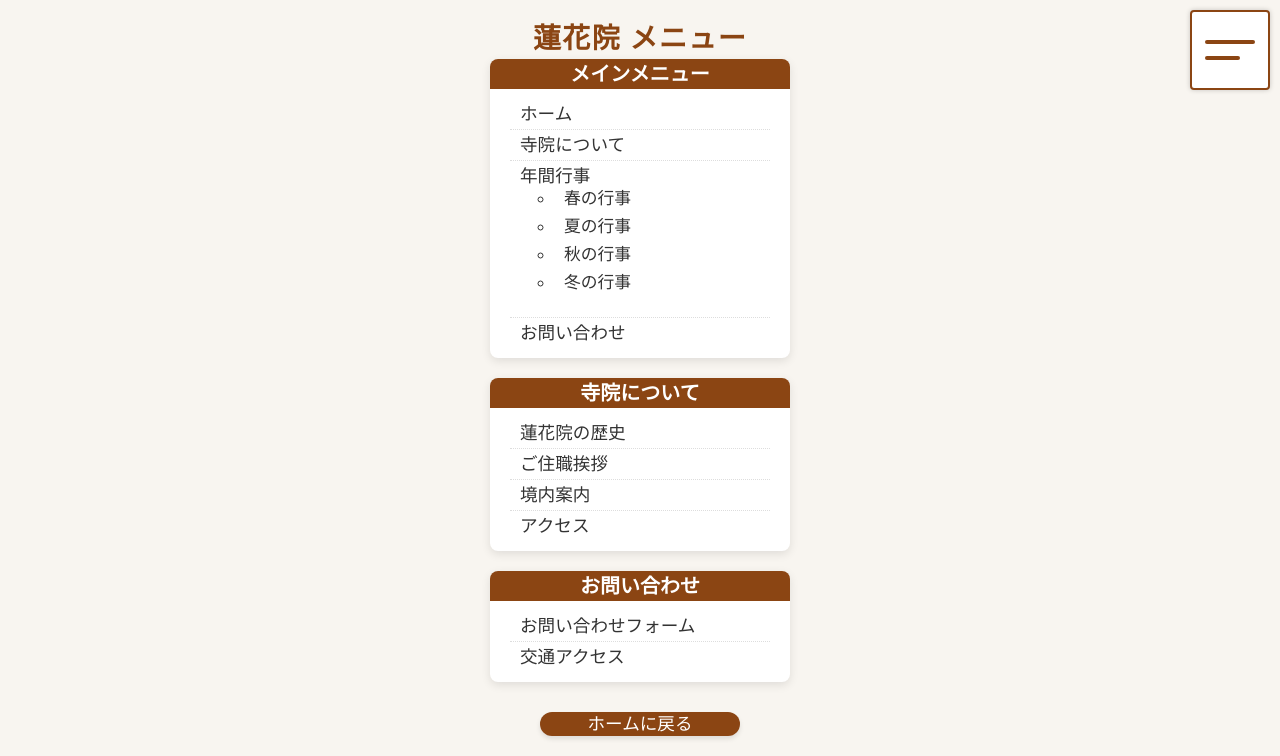
Repository: owl-onoueip/rengein-website
Page: menu.html
The author's editor kept a copy of each file at every save. The page is drawn from the files as they stood at one save, then again after the next save.
The browser window is 1280 px wide. The pictures show the whole page.
Some web fonts or font styles are not loaded; a fallback is used.

Above is the page before, as saved 2025-03-10 20:10:51.

### menu.html
<!DOCTYPE html>
<html lang="ja">

<head>
    <meta charset="UTF-8">
    <meta name="viewport" content="width=device-width, initial-scale=1.0">
    <title>メニュー - 蓮花院</title>
    <link rel="stylesheet" href="css/style.css">
    <style>
        body {
            font-family: "ヒラギノ明朝 Pro W3", "Hiragino Mincho Pro", "游明朝", YuMincho, "MS P明朝", "MS PMincho", serif;
            margin: 0;
            padding: 0;
            background-color: #f8f5f0;
            color: #333;
            min-height: 100vh;
            display: flex;
            flex-direction: column;
            justify-content: center;
            font-size: 16px;
            /* 基本フォントサイズを設定 */
        }

        .menu-container {
            max-width: 1200px;
            margin: 0 auto;
            padding: 20px;
        }

        h1 {
            text-align: center;
            color: #8b4513;
            margin-bottom: 20px;
            /* 35pxから20pxに減らす */
            font-size: 28px;
            position: relative;
            letter-spacing: 0.05em;
            /* 文字間隔を少し広げる */
        }

        .menu-grid {
            display: grid;
            grid-template-columns: repeat(auto-fit, minmax(300px, 1fr));
            gap: 20px;
            margin-bottom: 30px;
        }

        .menu-card {
            background: #fff;
            border-radius: 8px;
            box-shadow: 0 3px 10px rgba(0, 0, 0, 0.1);
            overflow: hidden;
            transition: transform 0.3s, box-shadow 0.3s;
        }

        .menu-card:hover {
            transform: translateY(-5px);
            box-shadow: 0 5px 15px rgba(0, 0, 0, 0.15);
        }

        .menu-header {
            background-color: #8b4513;
            color: #fff;
            padding: 15px;
            text-align: center;
        }

        .menu-header h2 {
            margin: 0;
            font-size: 20px;
        }

        .menu-content {
            padding: 20px;
        }

        .menu-list {
            list-style: none;
            padding: 0;
            margin: 0;
        }

        .menu-list li {
            margin-bottom: 10px;
            border-bottom: 1px dotted #ddd;
            padding-bottom: 10px;
        }

        .menu-list li:last-child {
            margin-bottom: 0;
            border-bottom: none;
            padding-bottom: 0;
        }

        .menu-list a {
            display: block;
            color: #333;
            text-decoration: none;
            padding: 5px 10px;
            border-radius: 3px;
            transition: all 0.3s;
            position: relative;
            font-size: 1.1em;
            /* メニューリンクのフォントサイズを大きく */
        }

        .menu-list a:after {
            content: "›";
            position: absolute;
            right: 10px;
            opacity: 0;
            transition: opacity 0.3s, transform 0.3s;
        }

        .menu-list a:hover {
            background-color: rgba(255, 223, 0, 0.2);
            padding-left: 15px;
        }

        .menu-list a:hover:after {
            opacity: 1;
            transform: translateX(5px);
        }

        .sub-menu {
            padding-left: 20px;
            margin-top: 10px;
        }

        .sub-menu li {
            margin-bottom: 12px;
            border-bottom: none;
            padding-bottom: 0;
        }

        .sub-menu a {
            font-size: 1.05em;
            /* サブメニューのフォントサイズも大きく */
            padding: 8px 10px;
            /* タップ領域を広げる */
        }

        .back-button {
            display: block;
            text-align: center;
            width: 200px;
            margin: 0 auto;
            background-color: #8b4513;
            color: #fff;
            padding: 12px 20px;
            border-radius: 30px;
            text-decoration: none;
            transition: all 0.3s;
            box-shadow: 0 3px 5px rgba(0, 0, 0, 0.1);
            font-size: 1.1em;
            /* 戻るボタンのフォントサイズも大きく */
        }

        .back-button:hover {
            background-color: #6d3611;
            transform: translateY(-2px);
            box-shadow: 0 5px 10px rgba(0, 0, 0, 0.15);
        }

        /* メニューボタンのスタイル */
        #menubar_hdr {
            display: block !important;
            position: fixed !important;
            z-index: 9999 !important;
            top: 10px !important;
            right: 10px !important;
            width: 80px !important;
            height: 80px !important;
            background: #fff !important;
            border: 2px solid #8b4513 !important;
            border-radius: 4px !important;
            box-shadow: 0 0 5px rgba(0, 0, 0, 0.2) !important;
            cursor: pointer !important;
            transition: all 0.3s ease !important;
        }

        #menubar_hdr:hover {
            background-color: rgba(139, 69, 19, 0.1) !important;
            transform: translateY(-3px) !important;
            box-shadow: 0 5px 10px rgba(0, 0, 0, 0.2) !important;
        }

        .menu-icon {
            width: 50px !important;
            height: 50px !important;
            position: absolute !important;
            top: 50% !important;
            left: 50% !important;
            transform: translate(-50%, -50%) !important;
        }

        .menu-icon span {
            display: block !important;
            position: absolute !important;
            width: 100% !important;
            height: 4px !important;
            background-color: #8b4513 !important;
            border-radius: 4px !important;
            transition: all 0.3s ease !important;
        }

        .menu-icon span:nth-child(1) {
            top: 15px !important;
        }

        .menu-icon span:nth-child(2) {
            width: 70% !important;
            bottom: 15px !important;
        }

        #menubar_hdr:hover .menu-icon span:nth-child(2) {
            width: 100% !important;
        }

        /* レスポンシブ対応 */
        @media (max-width: 768px) {
            body {
                font-size: 18px;
                /* スマホ表示時はさらに大きく */
            }

            h1 {
                font-size: 32px;
                /* タイトルも大きく */
                margin-bottom: 25px;
                /* スマホ表示時も空白を減らす */
            }

            .menu-header h2 {
                font-size: 22px;
                /* カードヘッダーも大きく */
            }

            .menu-grid {
                grid-template-columns: 1fr;
            }

            .menu-card {
                margin-bottom: 15px;
            }

            .menu-list a {
                padding: 10px 15px;
                /* タップ領域をさらに広げる */
                font-size: 1.2em;
            }

            .sub-menu a {
                padding: 10px 15px;
                font-size: 1.15em;
            }

            .menu-content {
                padding: 25px;
                /* コンテンツ全体のパディングも増やす */
            }

            .back-button {
                width: 250px;
                /* ボタンを大きく */
                padding: 15px 20px;
                font-size: 1.2em;
                margin-top: 20px;
            }
        }
    </style>
</head>

<body>
    <div class="menu-container">
        <h1>蓮花院 メニュー</h1>
        <div class="menu-grid">
            <div class="menu-card">
                <div class="menu-header">
                    <h2>メインメニュー</h2>
                </div>
                <div class="menu-content">
                    <ul class="menu-list">
                        <li><a href="index.html">ホーム</a></li>
                        <li><a href="about.html">寺院について</a></li>
                        <li>
                            <a href="events.html">年間行事</a>
                            <ul class="sub-menu">
                                <li><a href="events.html#spring">春の行事</a></li>
                                <li><a href="events.html#summer">夏の行事</a></li>
                                <li><a href="events.html#autumn">秋の行事</a></li>
                                <li><a href="events.html#winter">冬の行事</a></li>
                            </ul>
                        </li>
                        <li><a href="contact.html">お問い合わせ</a></li>
                    </ul>
                </div>
            </div>

            <div class="menu-card">
                <div class="menu-header">
                    <h2>寺院について</h2>
                </div>
                <div class="menu-content">
                    <ul class="menu-list">
                        <li><a href="about.html#history">蓮花院の歴史</a></li>
                        <li><a href="about.html#message">ご住職挨拶</a></li>
                        <li><a href="about.html#temple-grounds">境内案内</a></li>
                        <li><a href="about.html#access">アクセス</a></li>
                    </ul>
                </div>
            </div>

            <div class="menu-card">
                <div class="menu-header">
                    <h2>お問い合わせ</h2>
                </div>
                <div class="menu-content">
                    <ul class="menu-list">
                        <li><a href="contact.html#form">お問い合わせフォーム</a></li>
                        <li><a href="contact.html#access">交通アクセス</a></li>
                    </ul>
                </div>
            </div>
        </div>

        <a href="index.html" class="back-button">ホームに戻る</a>
    </div>

    <!--ハンバーガーメニュー-->
    <a href="index.html">
        <div id="menubar_hdr">
            <div class="menu-icon">
                <span></span>
                <span></span>
            </div>
        </div>
    </a>

    <script src="https://ajax.googleapis.com/ajax/libs/jquery/3.6.0/jquery.min.js"></script>
    <script src="js/main.js"></script>
</body>

</html>

### css/inview.css
@charset "utf-8";



/*up,down,transform1,transform2の共通設定
（待機中の設定）
---------------------------------------------------------------------------*/
.up, .down, .transform1, .transform2 {
	position: relative;
	opacity: 0;		/*透明度（透明の状態）*/
}


/*up,down,transform1,transform2の共通設定
（要素が見えたら実行するアクションの設定）
---------------------------------------------------------------------------*/
.upstyle, .downstyle, .transform1style, .transform2style {
	opacity: 1;				/*透明度（色が100%出た状態）*/
	transition: 1s 0.5s;	/*1sはアニメーションの実行時間1.5秒。0.5sは0.5秒遅れてスタートする指定。*/
}


/*upスタイル。下から上にフェードインしてくるスタイル
---------------------------------------------------------------------------*/
/*待機中の設定*/
.up {
	bottom: -20px;	/*基準値の下20pxの場所からスタート*/
}

/*要素が見えたら実行するアクション*/
.upstyle {
	bottom: 0px;	/*基準値まで戻す*/
}


/*downスタイル。上から下にフェードインしてくるスタイル
---------------------------------------------------------------------------*/
/*待機中の設定*/
.down {
	top: -20px;	/*基準値の上20pxの場所からスタート*/
}

/*要素が見えたら実行するアクション*/
.downstyle {
	top: 0px;	/*基準値まで戻す*/
}


/*transform1スタイル。その場で回転するスタイル
---------------------------------------------------------------------------*/
/*待機中の設定*/
.transform1 {
	transform: scaleX(0);	/*幅を0%でスタート*/
}

/*要素が見えたら実行するアクション*/
.transform1style {
	transform: scaleX(1);	/*幅を100%に戻す*/
}


/*transform2スタイル。倒れた状態から起き上がるスタイル
---------------------------------------------------------------------------*/
/*待機中の設定*/
.transform2 {
	transform: perspective(400px) translateZ(-70px) rotateX(50deg);
}

/*要素が見えたら実行するアクション*/
.transform2style {
	transform: perspective(400px) translateZ(0px) rotateX(0deg);
}


/*blurスタイル。ぼかしで出現するスタイル。
---------------------------------------------------------------------------*/
/*待機中の設定*/
.blur {
	opacity: 0;	/*透明度（透明の状態）*/
	filter: blur(30px);
	transform: scale(1.03);
}

/*要素が見えたら実行するアクション*/
.blurstyle {
	opacity: 1;
	filter: blur(0);
	transform: scale(1);
	transition: 1s 0.5s;
}


/*transform3スタイル。小さなサイズから原寸大になるスタイル
---------------------------------------------------------------------------*/
/*キーフレーム（アニメーション）設定*/
@keyframes transform3 {
0% {
	transform: scale(0);
}
50% {
	transform: scale(1.05);
}
70% {
	transform: scale(0.99);
}
100% {
	transform: scale(1);
}
}

/*待機中の設定*/
.transform3 {
	transform: scale(0);
}

/*要素が見えたら実行するアクション*/
.transform3style {
	animation: transform3 0.8s ease-out 0.5s both;
}

Loaded but not shown: js/main.js (79 lines, source omitted); css/style.css (1465 lines, source omitted)

After the next save:
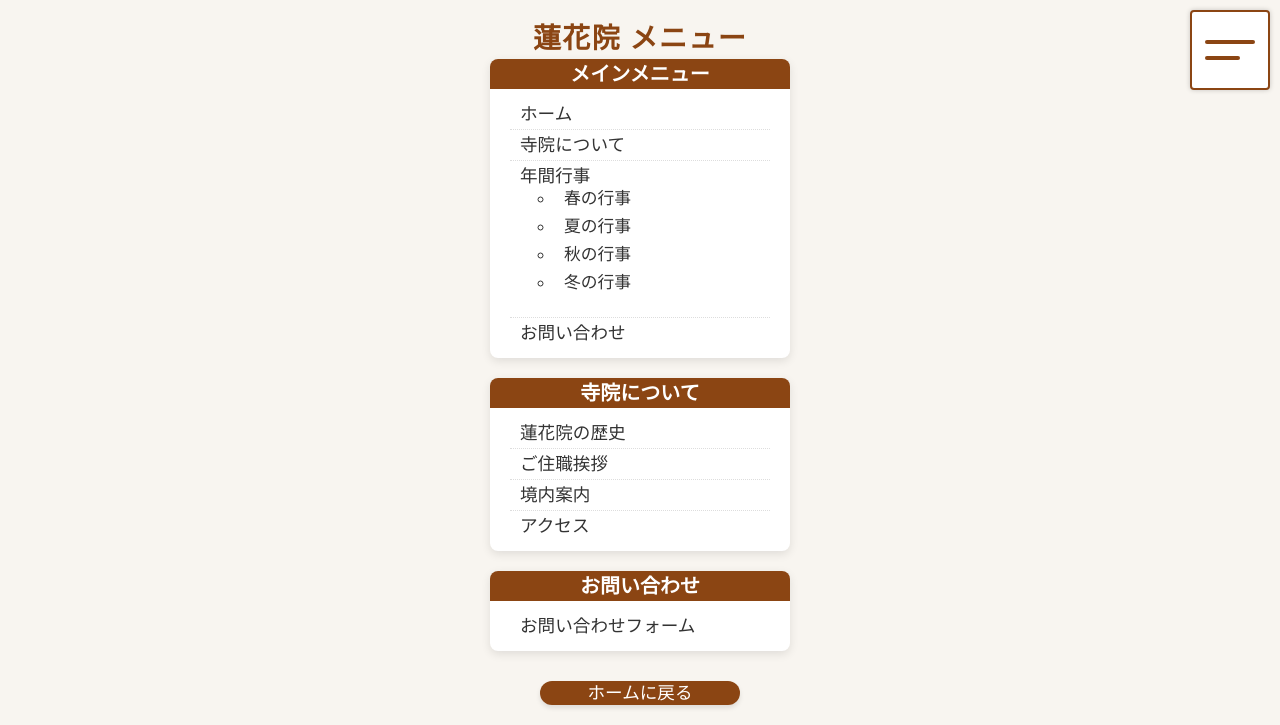
Saved 18 days later.
--- a/menu.html
+++ b/menu.html
@@ -318,7 +318,6 @@
                 <div class="menu-content">
                     <ul class="menu-list">
                         <li><a href="contact.html#form">お問い合わせフォーム</a></li>
-                        <li><a href="contact.html#access">交通アクセス</a></li>
                     </ul>
                 </div>
             </div>
